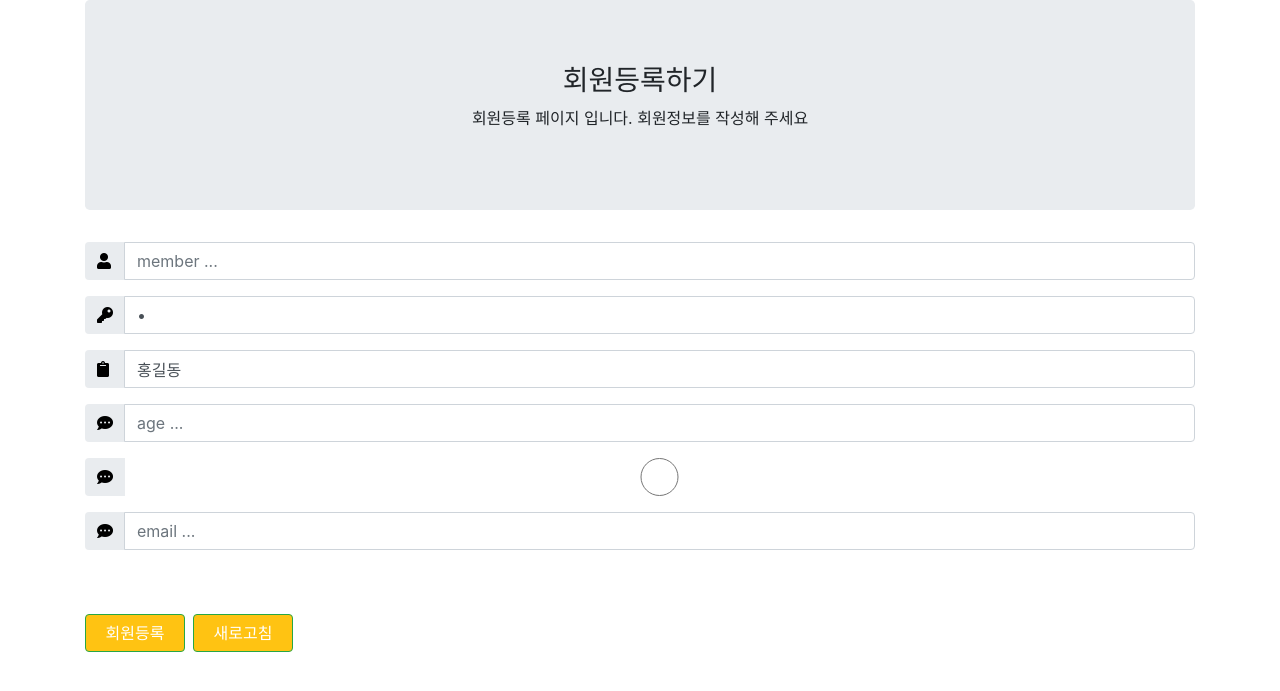
Repository: NoChanJong/JSP
Page: http://localhost/jsp09_board/member/member_insert.jsp
These files come from the project's save history. The page is drawn as it stood at one moment and after the next save; the edit follows.
The browser window is 1280 px wide. The pictures show the whole page.
The page is served by Tomcat 9.

Above is the page before, as saved 2023-05-24 08:22:12.
Console error (its wording comes from the project's code and is left out).

After the next save:
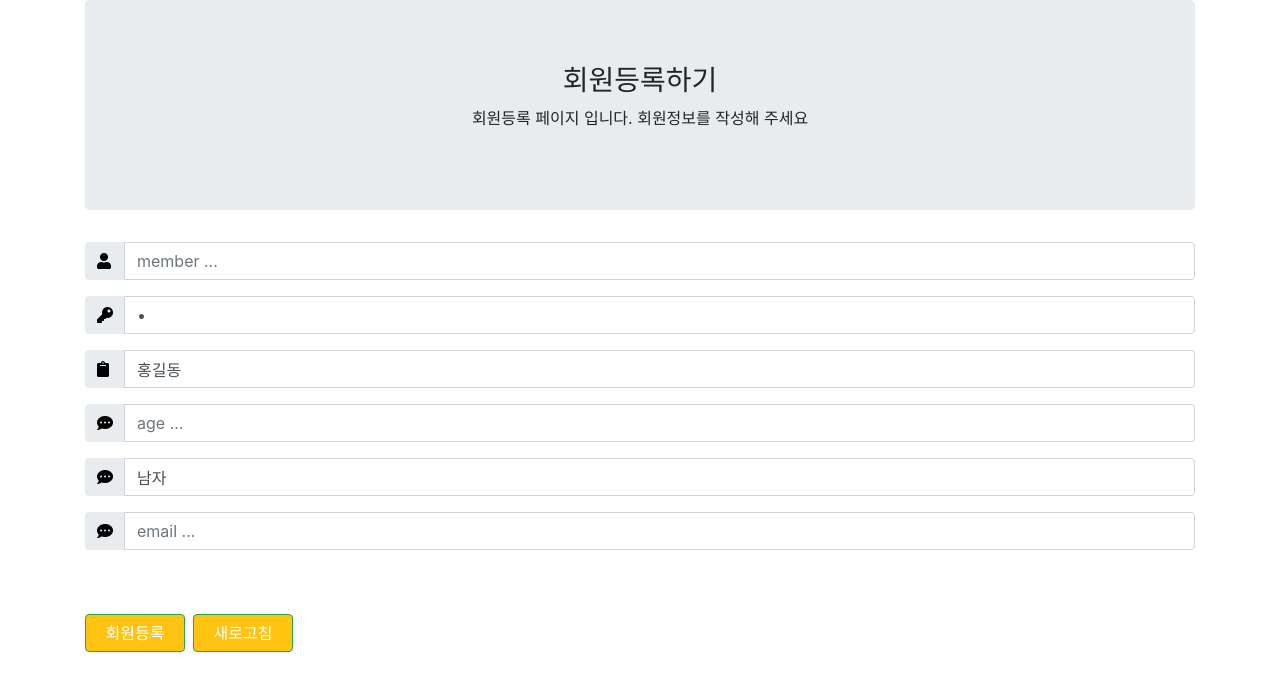
Saved 35 s later.
--- a/jsp09_board/WebContent/member/member_insert.jsp
+++ b/jsp09_board/WebContent/member/member_insert.jsp
@@ -55,7 +55,7 @@
 			</div>
 			<div class="form-group input-group">
 				<div class="input-group-prepend"><span class="input-group-text"><i class="fas fa-comment-dots"></i></span></div>
-				<input type="radio" class="form-control" name="gender" id="gender" value="남자" required placeholder="age ...">
+				<input type="text" class="form-control" name="gender" id="gender" value="남자" required placeholder="age ...">
 			</div>
 
 			<div class="form-group input-group">
